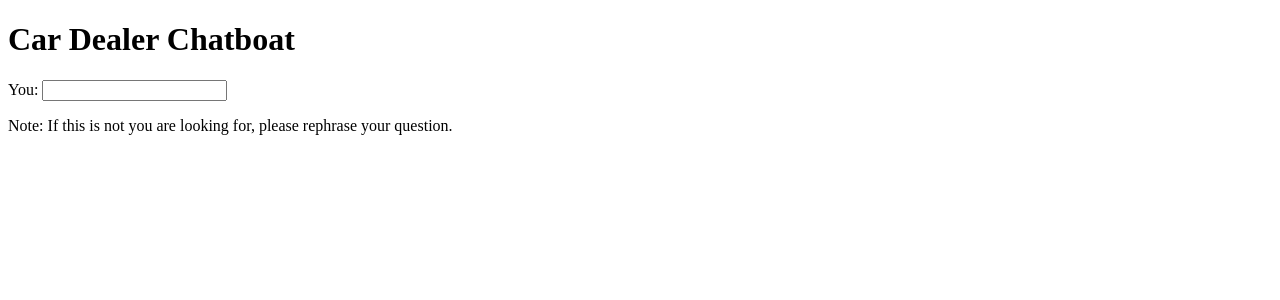
Repository: Uttam-Asodariya/Car-Dealer-Chatbot
Page: templates/index.html
The author's editor kept a copy of each file at every save. The page is drawn from the files as they stood at one save, then again after the next save.
The browser window is 1280 px wide. The pictures show the whole page.
The page is served by the project's application, run on Flask 3 (app.py). The template is opened directly, without the code that normally fills it, so the values that code supplies are empty.

Above is the page before, as saved 2024-04-26 17:01:40.

### templates/index.html
<!DOCTYPE html>

<html>
    <head>
        <title> Tutorial </title>

    </head>

    <body>

        <h1 class = "text-center">Car Dealer Chatboat</h1>
        <label for="You">You: </label>
        <input type="text", id="You", name = "You">

        <p> Note: If this is not you are looking for, please rephrase your question. </p>

    </body>

</html>

### app.py
from flask import Flask, render_template, request

app = Flask(__name__) # define application name

@app.route("/", methods=["GET"])  # getting started
def hello_world():
    return render_template("index.html")

@app.route("/", methods = ["GET"]) # connenction via API
def communicate():
    input= request.type["You"]
    # user_experience = "C:\Users\uttam\OneDrive\Desktop\chat_bot\stored_experience" + input
    # input.save(user_experience)


if __name__ == "__main__":
    app.run(port=5500, debug = True)

After the next save:
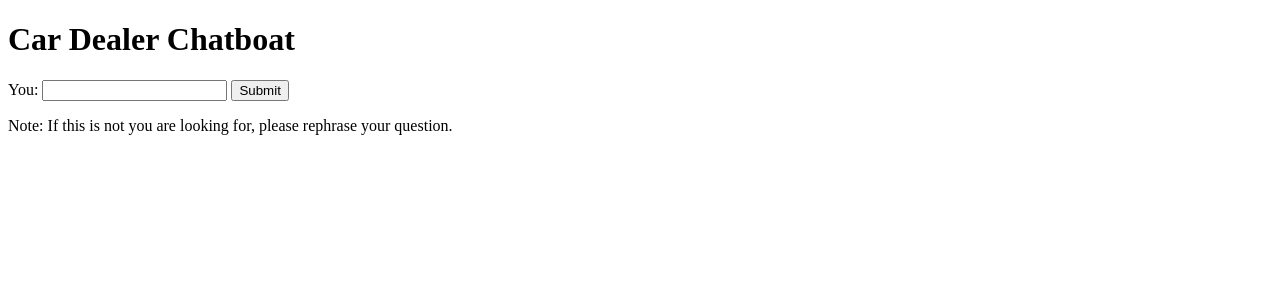
Saved 9 min 32 s later.
--- a/templates/index.html
+++ b/templates/index.html
@@ -11,6 +11,7 @@
         <h1 class = "text-center">Car Dealer Chatboat</h1>
         <label for="You">You: </label>
         <input type="text", id="You", name = "You">
+        <input type="submit" value="Submit">
 
         <p> Note: If this is not you are looking for, please rephrase your question. </p>
 
